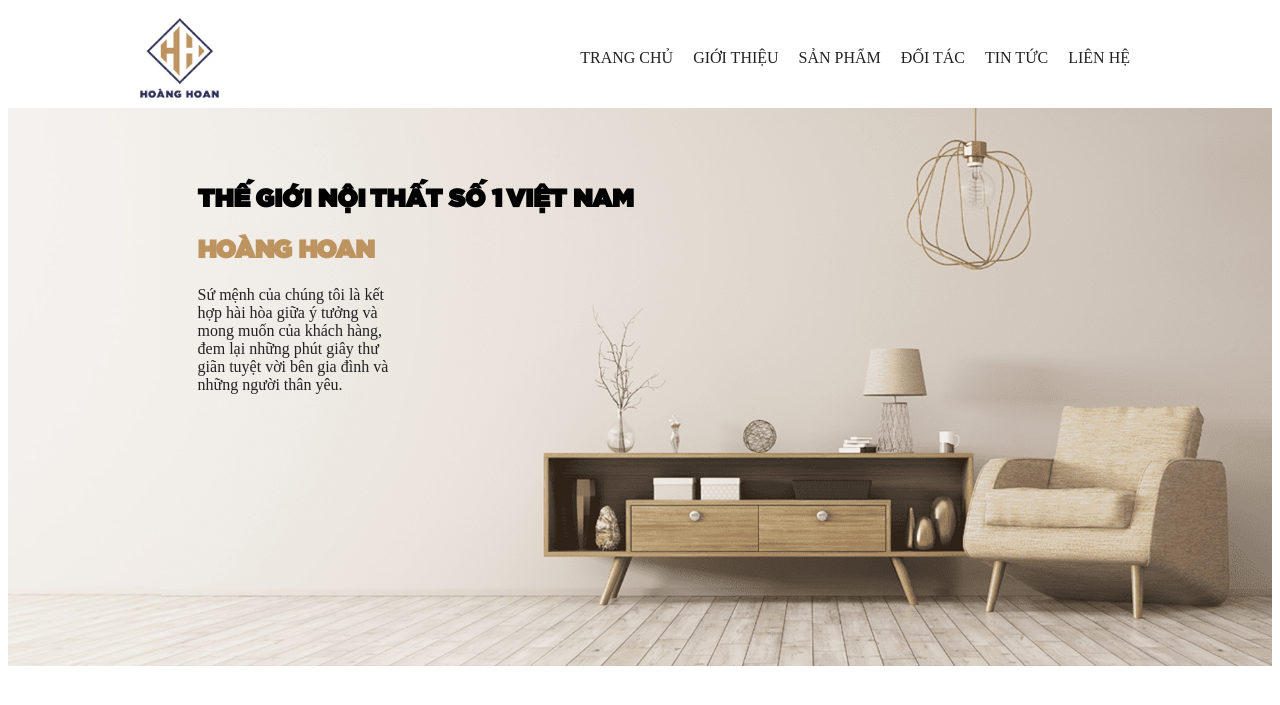
Repository: LDDUNG2003/front_end
Page: index.html
These files come from the project's save history. The page is drawn as it stood at one moment and after the next save; the edit follows.
The browser window is 1280 px wide. The pictures show the whole page.

Above is the page before, as saved 2023-08-28 22:13:35.

After the next save:
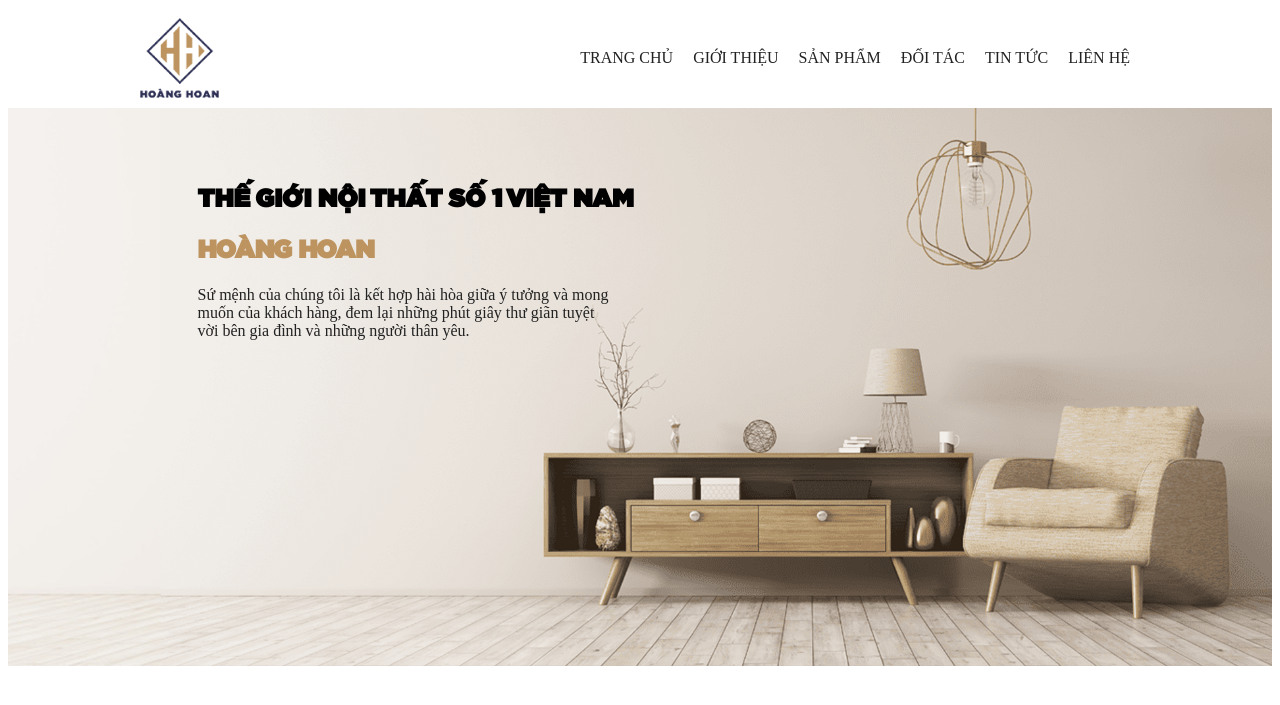
Saved 17 s later.
--- a/public/css/home.css
+++ b/public/css/home.css
@@ -35,5 +35,5 @@
 .banner--content-text {
     font-size: 16px;
     color: var(--text-color);
-    width: 210px;
+    width: 420px;
 }
